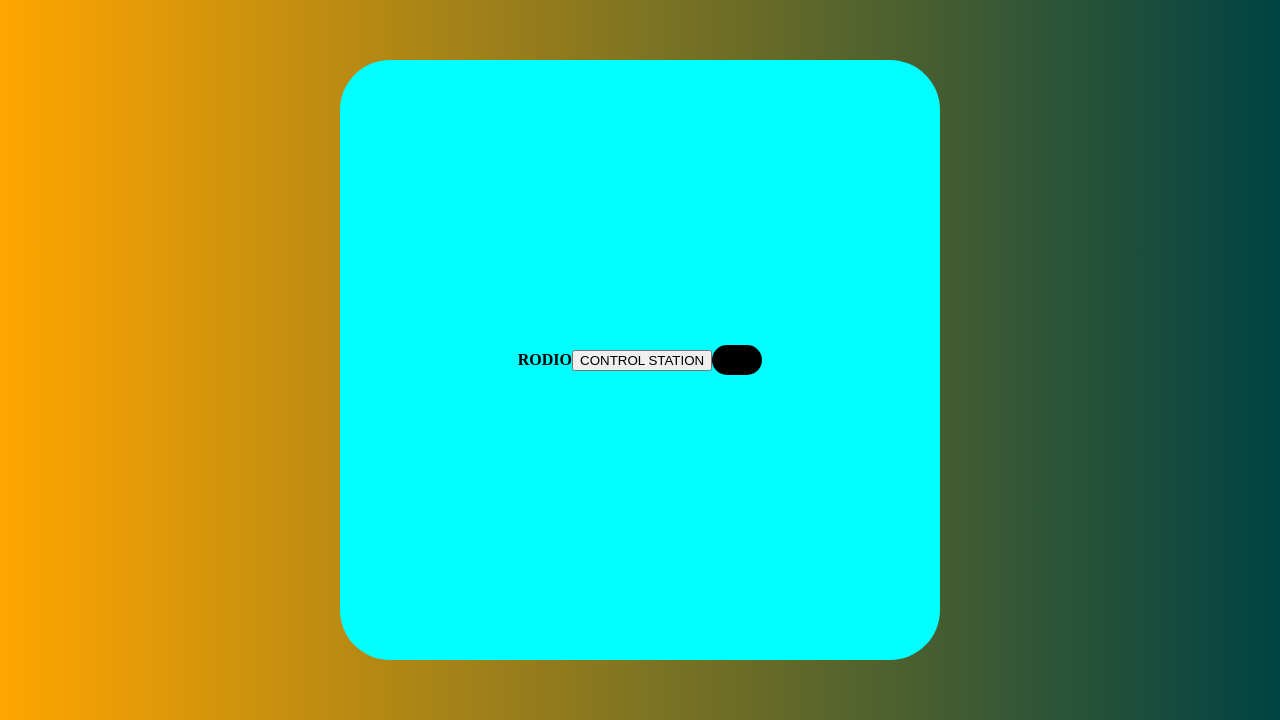
Repository: Alexandru-Morteanu/rodio
Page: /
These files come from the project's save history. The page is drawn as it stood at one moment and after the next save; the edit follows.
The browser window is 1280 px wide. The pictures show the whole page.
The project was rebuilt for these pictures with package versions that can differ from the ones it lists, and the page was loaded fresh each time.

Above is the page before, as saved 2023-01-29 19:11:43.

After the next save:
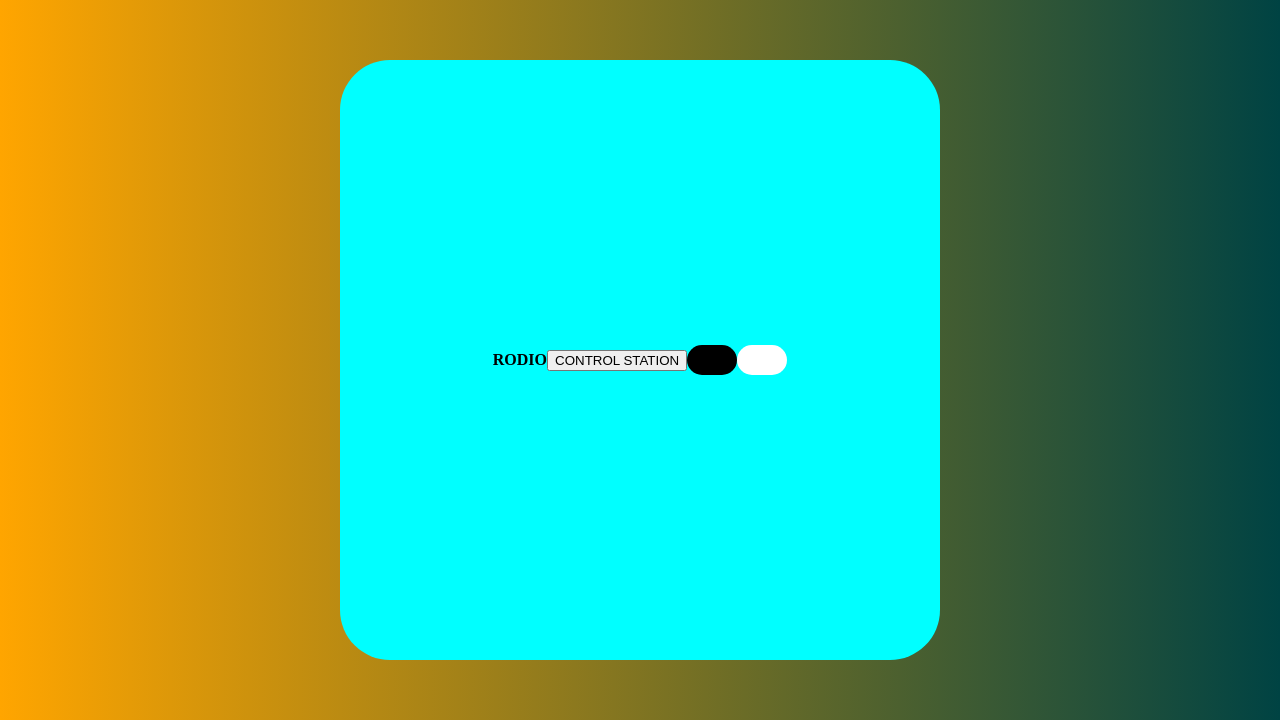
Saved 20 s later.
--- a/src/pages/Homepage.css
+++ b/src/pages/Homepage.css
@@ -11,3 +11,9 @@
     background-color: black;
     border-radius: 20px;
 }
+.adds{
+    height: 30px;
+    width: 50px;
+    background-color: rgb(255, 255, 255);
+    border-radius: 20px;
+}
